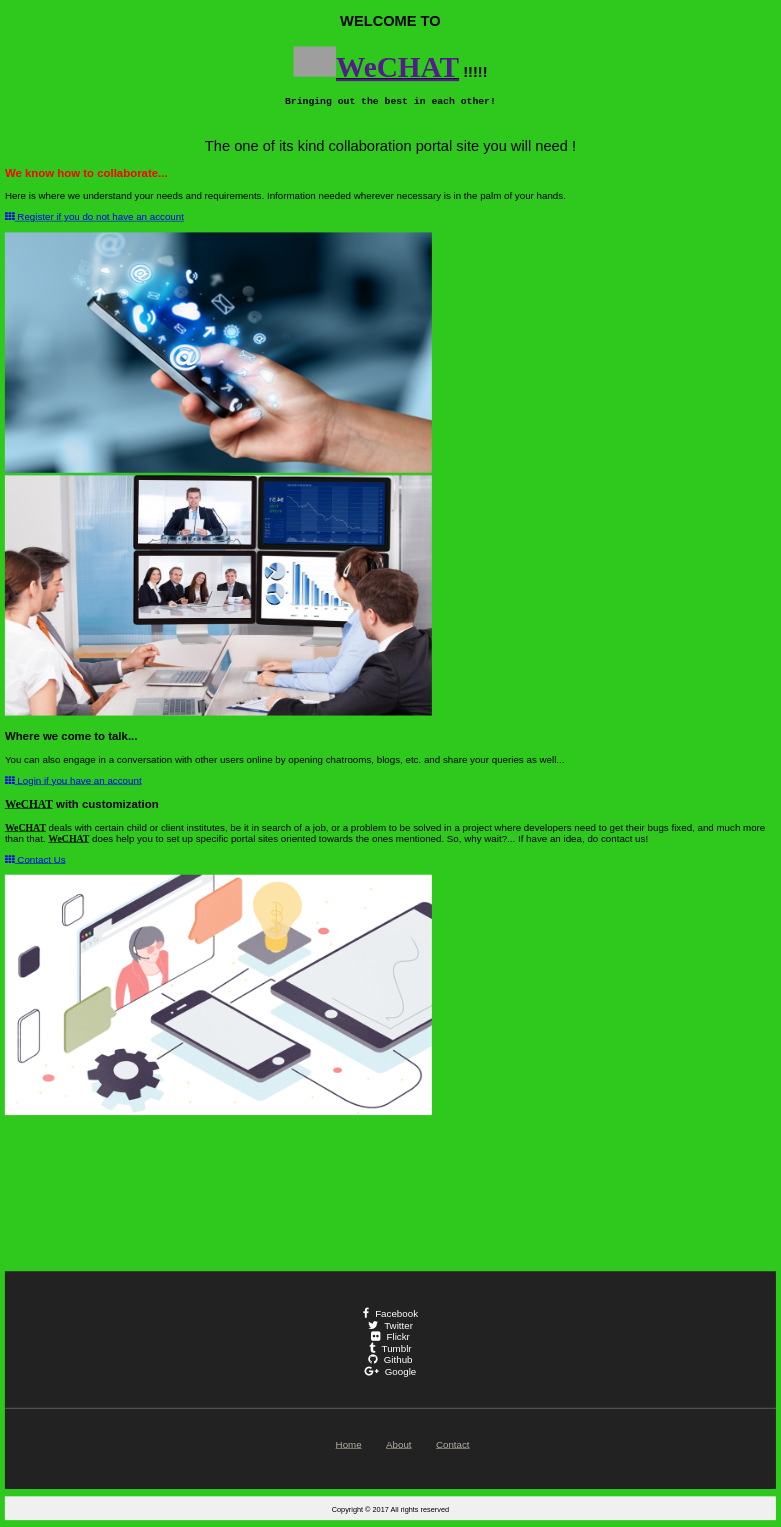
Repository: Safna93/Collaboration-Portal
Page: Till Friend module/Collaboration/WeChatFrontend/WebContent/views/home.html
An editor plug-in stored every save of this project. The page is shown before and after the next save, followed by the edit.
The browser window is 1280 px wide. The pictures show the whole page, at 61% of full size.
Pictures or frames that could not be fetched are drawn as grey boxes. Some web fonts or font styles are not loaded; a fallback is used. Some web libraries are served in a nearby version.

Above is the page before, as saved 2017-09-06 17:59:51.

After the next save:
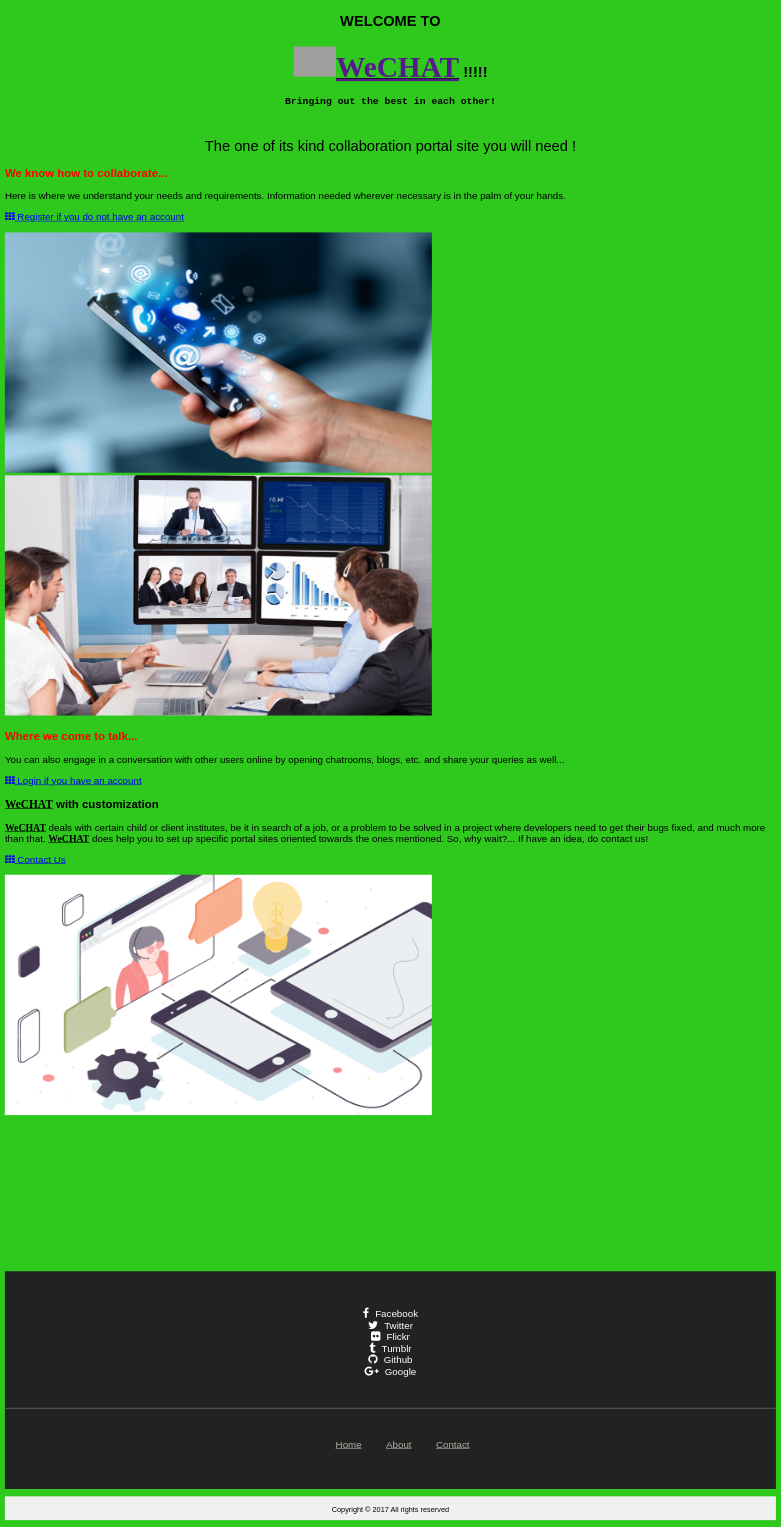
Saved 45 s later.
--- a/Till Friend module/Collaboration/WeChatFrontend/WebContent/views/home.html
+++ b/Till Friend module/Collaboration/WeChatFrontend/WebContent/views/home.html
@@ -50,7 +50,7 @@
     </div>
 
     <div class="w3-col m6">
-      <h3><strong>Where we come to talk...</strong></h3>
+      <h3><strong><font  color="red">Where we come to talk...</font></strong></h3>
       <p>You can also engage in a conversation with other users online by opening chatrooms, blogs, etc. and share your queries as well...</p>
       <p ng-hide="currentUser.username"><a href="#/login" class="w3-btn"><i class="fa fa-th"></i> Login if you have an account </a></p>
     </div>
